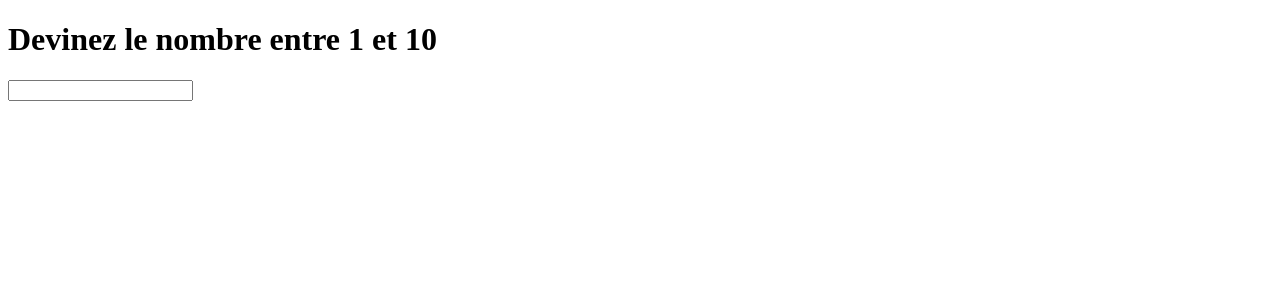
Repository: TheD3us/javaavance
Page: CrazyNumber/WebContent/HTML/Formulaire.html
An editor plug-in stored every save of this project. The page is shown before and after the next save, followed by the edit.
The browser window is 1280 px wide. The pictures show the whole page.

Above is the page before, as saved 2022-05-02 14:21:46.

After the next save:
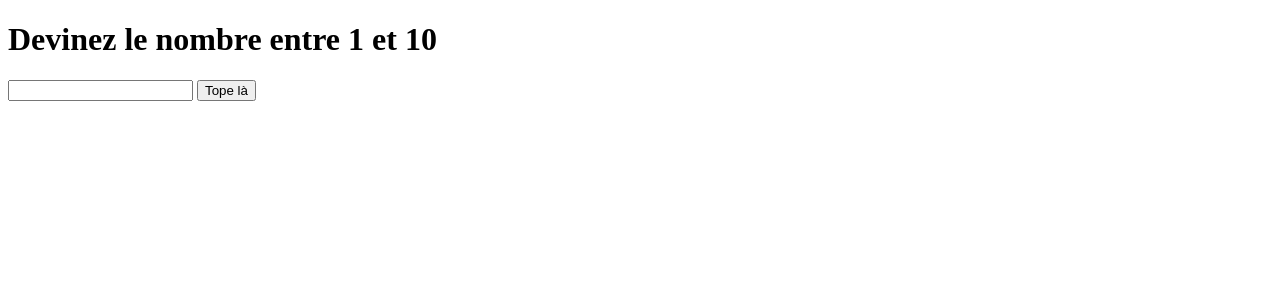
Saved 28 s later.
--- a/CrazyNumber/WebContent/HTML/Formulaire.html
+++ b/CrazyNumber/WebContent/HTML/Formulaire.html
@@ -8,6 +8,7 @@
 	<form method="POST" action="/CrazyNumber/Formulaire">
 	<h1>Devinez le nombre entre 1 et 10</h1>
 	<input name="num" type="number" >
+	<input type="submit" value="Tope là">
 	</form>
 </body>
 </html>
